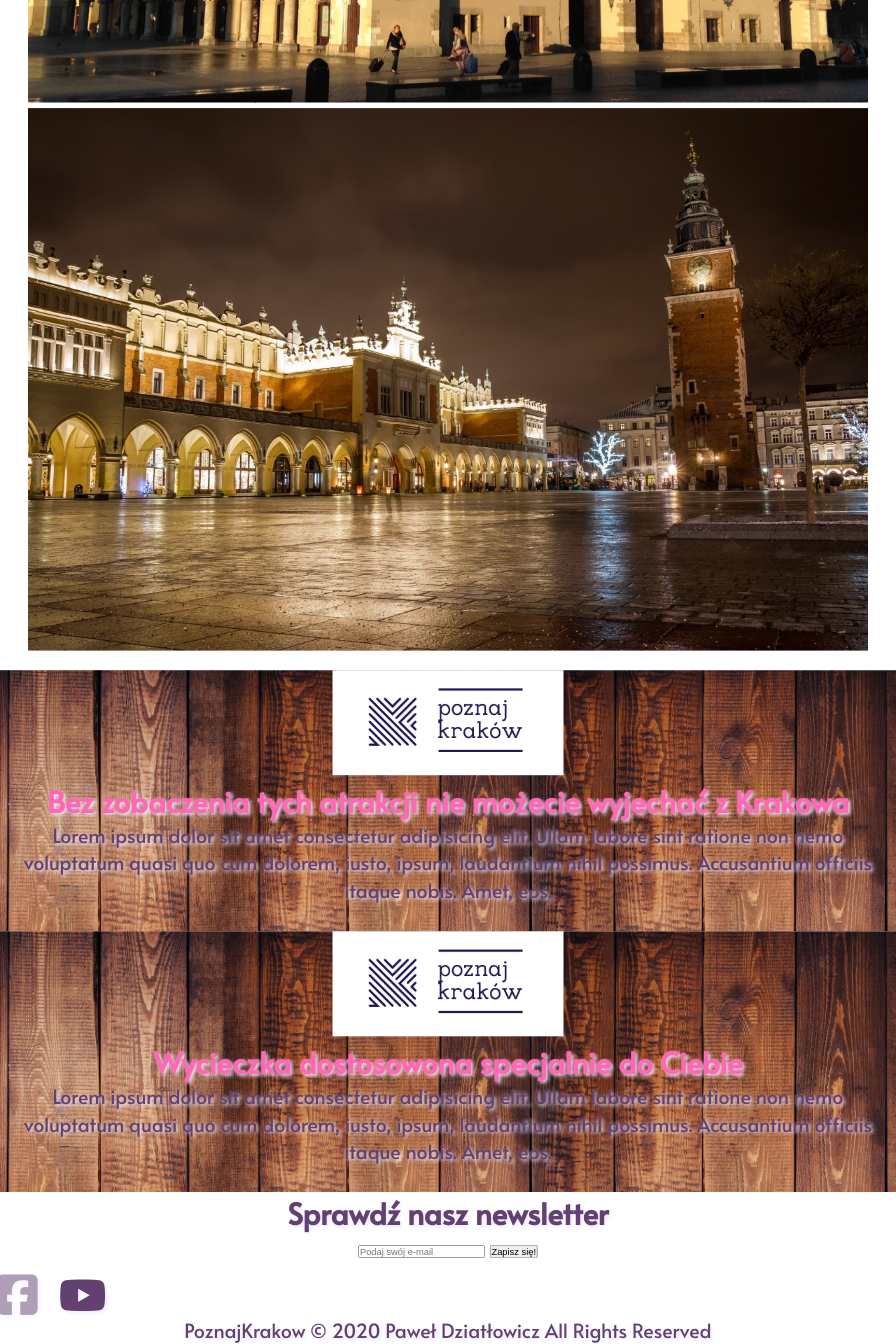
Repository: DZIALEK/projekt1
Page: projekt1.html
The author's editor kept a copy of each file at every save. The page is drawn from the files as they stood at one save, then again after the next save.
The browser window is 1280 px wide. The pictures show the part of the page from y = 2828 to 4748 px (the page is 4748 px tall), at 70% of full size.
The pointer rests on the first visible `.social-media i`.
Some icons come from a web library that is not loaded, so they are not drawn. A picture or video elsewhere on the page could not be fetched, so the positions and the page height are approximate. Some web libraries are served in a nearby version.

Above is the page before, as saved 2020-07-15 00:47:41.

### projekt1.html
<!DOCTYPE html>
<html lang="pl=pl">
<head>
    <meta charset="UTF-8">
    <meta name="viewport" content="width=device-width, initial-scale=1.0">
    <title>Poznaj Kraków</title>
    <link rel="stylesheet" href="projekt1.css">
    <script src="https://kit.fontawesome.com/47e99c0280.js" crossorigin="anonymous"></script>
 </head>
<body>
    <header>
        <video autoplay muted loop id="video_header">
            <source src="dodatki/cracow_movie_lc.mp4">
        </video>
        <div class="logo">
            <a href="#">
                <img src="dodatki/logo_L.png" alt="Tutaj jest logo Poznaj Kraków">
            </a>
        </div>
        <div class="top">
            <h1>Poznaj Kraków</h1>
            <p>Od 1989r. skutecznie zarażamy miłością do Krakowa</p>
            <a href="#">SPRAWDŹ NAS!</a>
        </div>
        <nav>
            <ul>
                <li><a href="#">START</a></li>
                <li><a href="#">CO ZWIEDZAĆ</a></li>
                <li><a href="#">WYCIECZKI</a></li>
                <li><a href="#">CENNIK</a></li>
                <li><a href="#">O NAS</a></li>
            </ul>
        </nav>
    </header>
    <main>
        <section class="section-welcome">
            <h1 class="section-header">
               Witaj na naszej stronie !
            </h1>
            <img src="dodatki/foto3.jpg" alt="Tutaj jest zdjęcie Krakowa1">
            <img src="dodatki/foto2.jpg" alt="Tutaj jest zdjęcie Krakowa2">
        </section>
        <section class="section-welcome2">
            <img src="dodatki/foto1.jpg" alt="Tutaj jest zdjęcie Krakowa3">
            <img src="dodatki/foto4.jpg" alt="Tutaj jest zdjęcie Krakowa4">
        </section>
        <section class="section-best">
            <div class="section-best-img"></div>
            <img src="dodatki/logo_L.png" alt="">
            <h2>Bez zobaczenia tych atrakcji nie możecie wyjechać z Krakowa</h2>
            <p>Lorem ipsum dolor sit amet consectetur adipisicing elit. Ullam labore sint ratione non nemo voluptatum quasi quo cum dolorem, iusto, ipsum, laudantium nihil possimus. Accusantium officiis itaque nobis. Amet, eos.</p>
            </div>
        </section>
        <section class="section-best2">
            <div class="section-best2-img">
            <img src="dodatki/logo_L.png" alt="">
            <h2>Wycieczka dostosowona specjalnie do Ciebie</h2>
            <p>Lorem ipsum dolor sit amet consectetur adipisicing elit. Ullam labore sint ratione non nemo voluptatum quasi quo cum dolorem, iusto, ipsum, laudantium nihil possimus. Accusantium officiis itaque nobis. Amet, eos.</p>
            </div>
        </section>
    <!-- zrobić wyczieczkę typu: Krakowianie ich znienawidzili wycieczka 5dni w okół Krakowa -->
    <section class="section-newsletter">
    <div class="newsteletter-wrapper">
        <h2>Sprawdź nasz newsletter</h2>
        <form action="" method="">
            <input type="email" placeholder="Podaj swój e-mail">
            <button type="submit">Zapisz się!</button>
        </form>
    </div>
    </section>
    <div class="social-media">
        <a href="#"><i class="fab fa-facebook-square"></i></a>
        <a href="#"><i class="fab fa-youtube"></i></a>
        <a href="#"><i class="fab fa-tripadvisor"></i></a>
    </div>
    </main>

    <footer>
        PoznajKrakow &copy; 2020 Paweł Dziatłowicz All Rights Reserved
    </footer>
</body>
</html>

### projekt1.css
@import url('http://fonts.googleapis.com/css?family=Alata&subset=latin,latin-ext');

* {
    margin: 0;
    padding: 0;
    box-sizing: border-box;
}

html{
    scroll-behavior: smooth;
  }

body {
    background-color: #FFFFFF;
    color: #62406F; text-shadow: #EEE8FF 0.1em 0.1em 0.2em;
    /* CDCCCC */
    font-family: 'Alata', sans-serif;
    font-size: 28px;
    width: 100%;
}

a {
    text-decoration: none;
}

section {
    text-align: center;
}

footer {
    text-align: center;
}

img {
    max-width: 100%;
}

div {
    width: 100%;
    height: 100%;
}

#video_header {
    min-width: 100%;
    min-height: 100%;
    position: relative;
    bottom: 0;
    right: 0;
}

.logo {
    position: fixed;
    top: 10px;
    left: 85%;
    width: 100%;
}

.logo img {
    width: 120px;
}

.top h1 {
    position: absolute;
    left: 50%;
    top: 30%;
    transform: translate(-50%, -50%);
    font-size: 100px;
}

.top h1~p {
    position: absolute;
    left: 50%;
    top: 45%;
    margin-top: 20px;
    transform: translate(-50%, -50%);
    font-size: 30px;
}

.top h1~a {
    position: absolute;
    left: 50%;
    top: 55%;
    transform: translate(-50%, -50%);
    text-align: center;
    border: 2px solid #d6caf8;
    padding: 10px 15px;
    font-size: 40px;
}

nav {
    box-shadow: 1px 1px 1px 1px #352564;
}

nav ul {
    list-style-type: none;
    width: 100%;
}

nav li {
    position: relative;
    text-align: center;
}

nav a {
    transition: 0.5s;
}

nav a:hover {
    color: #c386cf;
    text-shadow: 0 0 0.1em #271B2B, 0 0 0.1em #271B2B, 0 0 0.1em #271B2B;
    /* text-shadow: #271B2B 0.1em 0.1em 0.1em; */
    /* #EEE8FF  */
}

.section-welcome {
    position: relative;
    top: 50px;
    margin-bottom: 50px;
}

.section-welcome h1 {
    margin-bottom: 60px;
    font-size: 40px;
    color: greenyellow;
     font-weight: 100;
}

.section-welcome2 {
    position: relative;
    margin: 20px auto;
}

.section-best {
    position: relative;
    margin: 0px auto;
    background-image: url(/dodatki/bg1.jpg);
    background-size: cover;
}

.section-best-img {
    width: 100%;
}


.section-best h2 {
    color: hotpink;
}

.section-best p {
    padding-bottom: 40px;
}

.section-best2 {
    position: relative;
    margin: 0px auto;
    background-image: url(/dodatki/bg1.jpg);
    background-size: cover;
}

.section-best2-img {
    width: 100%;
}


.section-best2 h2 {
    color: hotpink;
}

.section-best2 p {
    padding-bottom: 40px;
}

.social-media i {
    color: #62406F;
    text-align: center;
    margin-top: 20px;
    font-size: 60px;
    transition: 2s;
    letter-spacing: 25px;
}

.social-media i:hover {
    color: #62406F;
    opacity: 0.5;
    transform: scale(1.1,1.1);
    transition-duration: 250ms;
    transition-timing-function: ease-out;
}

After the next save:
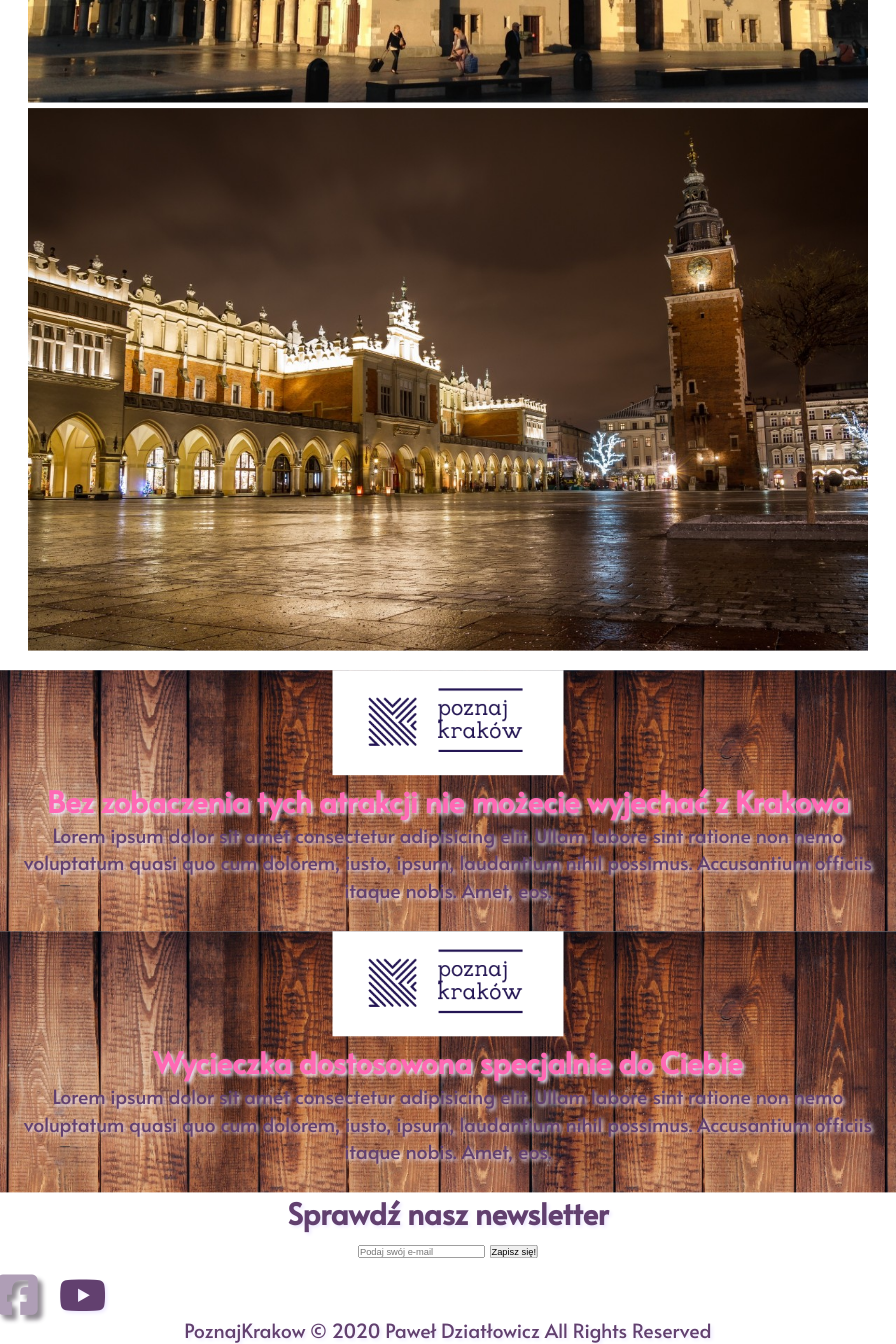
Saved 47 s later.
--- a/projekt1.css
+++ b/projekt1.css
@@ -182,6 +182,7 @@ nav a:hover {
 .social-media i:hover {
     color: #62406F;
     opacity: 0.5;
+    text-shadow: #271B2B 0.1em 0.1em 0.1em;
     transform: scale(1.1,1.1);
     transition-duration: 250ms;
     transition-timing-function: ease-out;
